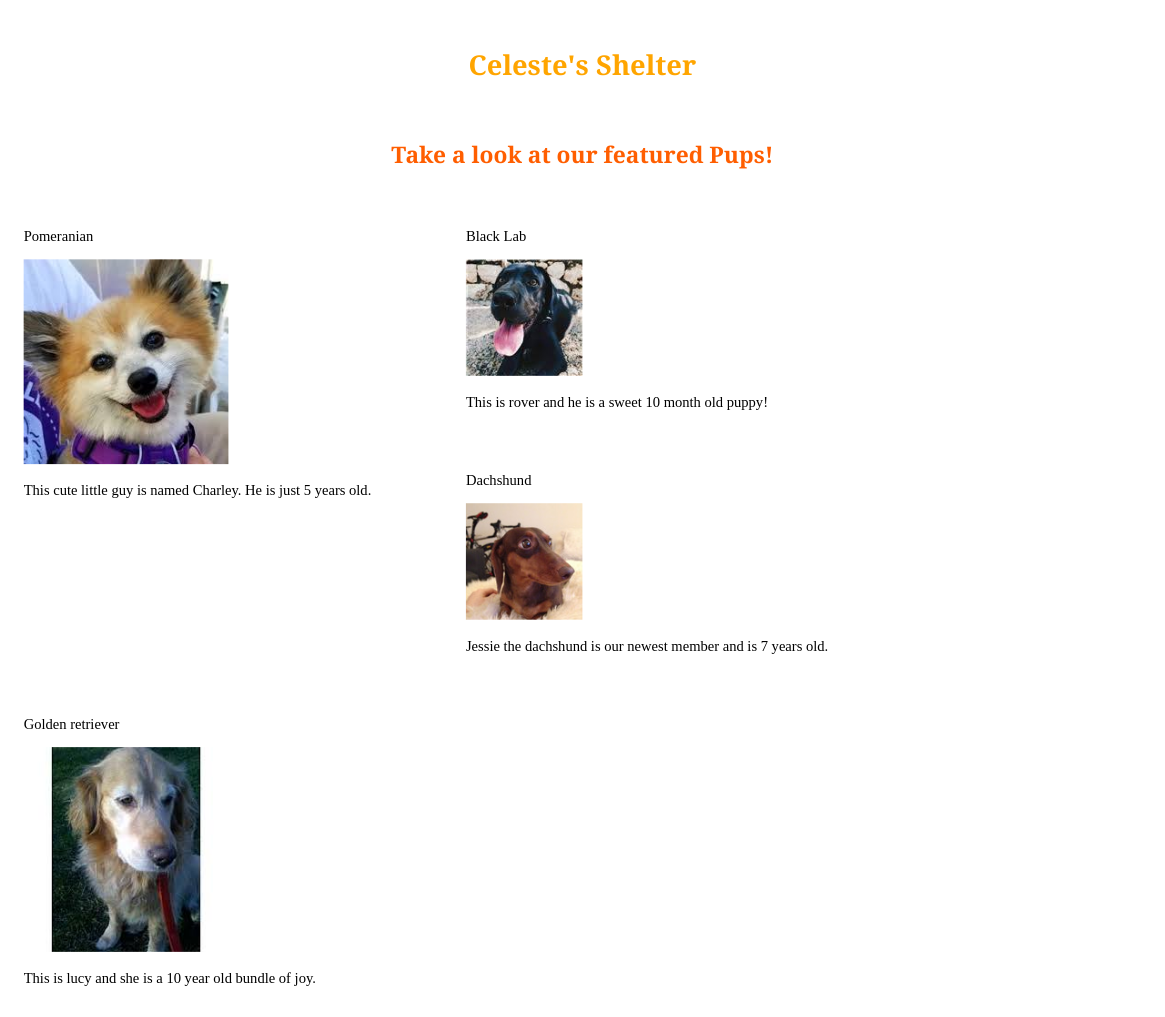
Repository: fieldceleste/animal-shelter
Page: animal-shelter.html
An editor plug-in stored every save of this project. The page is shown before and after the next save, followed by the edit.
The browser window is 1280 px wide. The pictures show the whole page, at 91% of full size.

Above is the page before, as saved 2019-10-30 18:56:04.

### animal-shelter.html
<!DOCTYPE html>
  <html>
   <head>
  <link href="css/styles.css" rel="stylesheet" type="text/css">
  <title>Celeste's Animal Shelter</title>
</head>
<body>
    <h1>Celeste's Shelter</h1>
<h2>Take a look at our featured Pups!</h2>

<div class="column">
<p>Pomeranian</p>
<p><img src="img/pom.jpeg" alt="picture of pom"/></p>
<p>This cute little guy is named Charley. He is just 5 years old.</p>
</div>

<div class="column">
<p>Black Lab</p>
<p><img src="img/lab.jpeg" alt="picture of lab."/></p>
<p>This is rover and he is a sweet 10 month old puppy!</p>
</div>

<div class="column">
<p>Dachshund</p>
<p><img src="img/dach.jpeg" alt="picture of dachshund"/></p>
<p>Jessie the dachshund is our newest member and is 7 years old.</p>
</div>

<div class="column">
<p>Golden retriever</p>
<p><img src="img/golden.jpeg" alt="picture of golden retriever"/></p>
<p>This is lucy and she is a 10 year old bundle of joy.</p>
</div>


</body>
</html>

### css/styles.css

h1{
    font-family: Georgia, 'Times New Roman', Times, serif;
    font-size: 30px;
    color: orange;
    padding: 30px;
    text-align: center;
}
h2{
    font-family: Georgia, 'Times New Roman', Times, serif;
    font-size: 25px;
    color: rgb(255, 94, 0);
    padding: 10px;
    text-align: center;
}
h4{
     color: rgb(67, 182, 67);
     font-size: 20px;
     text-align: left;

}

 .column{
    float:left;
    width:450px;
    padding:8px;
    margin: 10px;

}

After the next save:
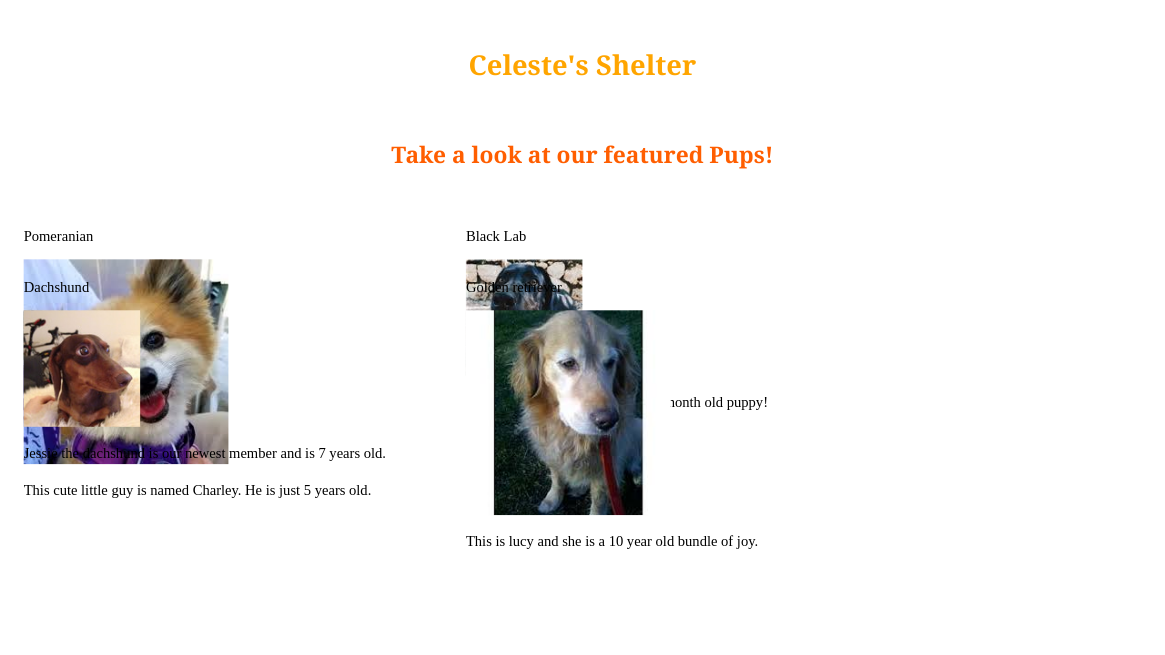
Saved 21 s later.
--- a/css/styles.css
+++ b/css/styles.css
@@ -23,6 +23,7 @@ h4{
  .column{
     float:left;
     width:450px;
+    height:20px;
     padding:8px;
     margin: 10px;
 
